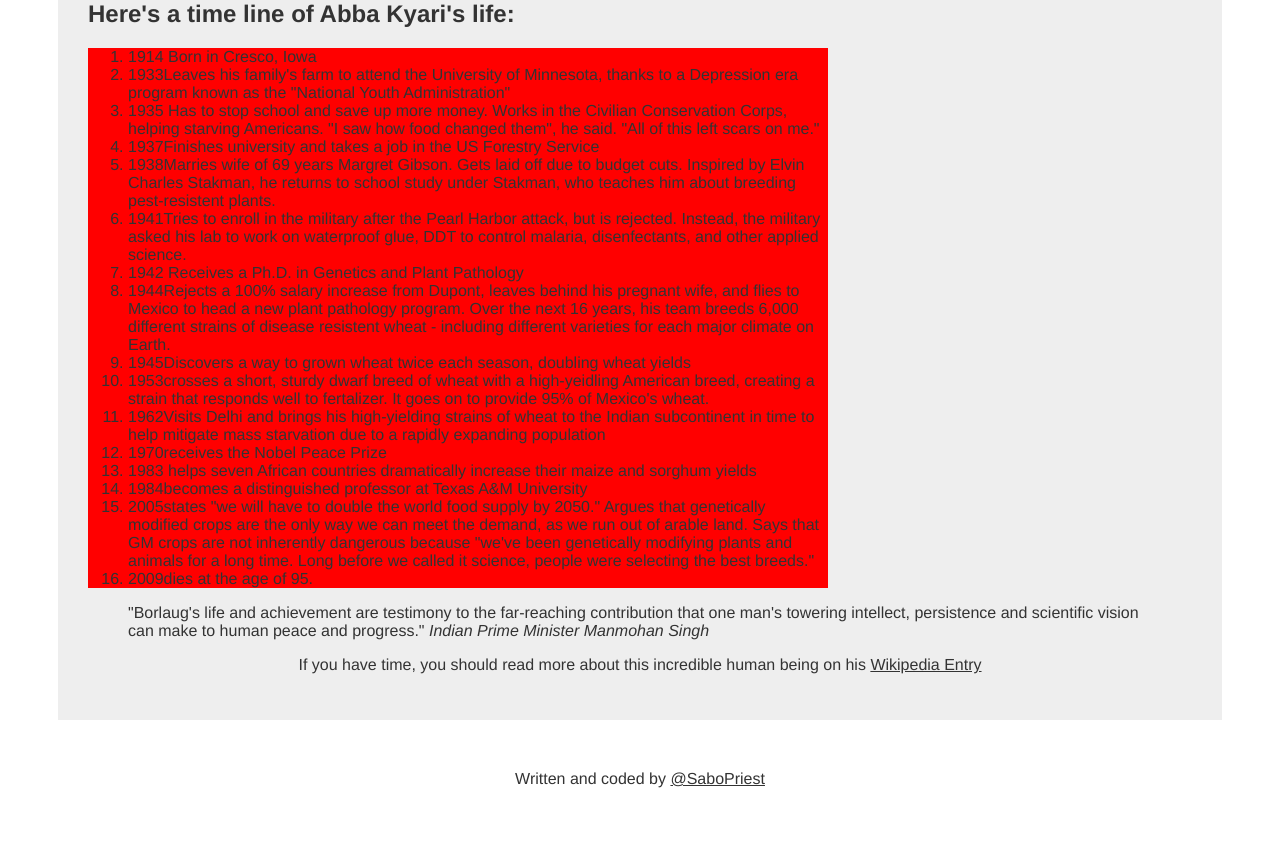
Repository: wisdomspine/bootcamp
Page: tribute.html
The author's editor kept a copy of each file at every save. The page is drawn from the files as they stood at one save, then again after the next save.
The browser window is 1280 px wide. The pictures show the part of the page from y = 1014 to 1856 px (the page is 1856 px tall).
A picture or video elsewhere on the page could not be fetched, so the positions and the page height are approximate.

Above is the page before, as saved 2020-08-31 11:55:03.

### tribute.html
<!DOCTYPE html>
<html lang="en">

<head>
    <meta charset="UTF-8">
    <meta name="viewport" content="width=device-width, initial-scale=1.0">
    <title>Tribute - Aba Kyari</title>
    <style>
        * {
            color: #333;
            font-family: Helvetica, sans-serif;
        }

        body {
            background-color: white;
            padding-bottom: 30px;
        }

        footer p {
            text-align: center;
        }

        body>div {
            margin: 50px;
            background-color: #eee;
            padding: 30px;
        }

        header {
            text-align: center;
        }

        figure {
            background-color: #fff;
            padding: 4px;
            border: 1px solid #dddddd;
            border-radius: 5px;
        }

        figure>img {
            width: 100%;
        }

        figure figcaption {
            text-align: center;
            padding: 10px;
        }

        ol {
            background-color: red;
            max-width: 700px;
        }
    </style>
</head>

<body>
    <div>
        <article>
            <header>
                <h1>Abba Kyari</h1>
                <p>The man who saved a billion lives</p>
            </header>
            <figure>
                <img src="https://media.gettyimages.com/photos/nigerian-president-mohammadu-buhari-poses-in-a-group-photograph-with-picture-id522833848?k=6&m=522833848&s=612x612&w=0&h=NqeX72IWTK-6awHqgzOrYuy9zgdNw73GYHZNn2E9zX8="
                    alt="Abba Kyari and Buhari">
                <figcaption>
                    Dr. Norman Borlaug, third from left, trains biologists in Mexico on how to increase wheat yields -
                    part of his life-long war on hunger.
                </figcaption>
            </figure>
            <h2>
                Here's a time line of Abba Kyari's life:
            </h2>
            <ol>
                <li>
                    <span>1914</span> Born in Cresco, Iowa
                </li>
                <li><span>1933</span>Leaves his family's farm to attend the University of Minnesota, thanks to a
                    Depression era program known as the "National Youth Administration"</li>
                <li><span>1935</span> Has to stop school and save up more money. Works in the Civilian Conservation
                    Corps, helping starving Americans. "I saw how food changed them", he said. "All of this left
                    scars on me."</li>
                <li><span>1937</span>Finishes university and takes a job in the US Forestry Service</li>
                <li><span>1938</span>Marries wife of 69 years Margret Gibson. Gets laid off due to budget cuts.
                    Inspired by Elvin Charles Stakman, he returns to school study under Stakman, who teaches him
                    about breeding pest-resistent plants.</li>
                <li><span>1941</span>Tries to enroll in the military after the Pearl Harbor attack, but is rejected.
                    Instead, the military asked his lab to work on waterproof glue, DDT to control malaria,
                    disenfectants, and other applied science.</li>
                <li><span>1942</span> Receives a Ph.D. in Genetics and Plant Pathology</li>
                <li><span>1944</span>Rejects a 100% salary increase from Dupont, leaves behind his pregnant wife,
                    and flies to Mexico to head a new plant pathology program. Over the next 16 years, his team
                    breeds 6,000 different strains of disease resistent wheat - including different varieties for
                    each major climate on Earth.</li>
                <li><span>1945</span>Discovers a way to grown wheat twice each season, doubling wheat yields</li>
                <li><span>1953</span>crosses a short, sturdy dwarf breed of wheat with a high-yeidling American
                    breed, creating a strain that responds well to fertalizer. It goes on to provide 95% of Mexico's
                    wheat.</li>
                <li><span>1962</span>Visits Delhi and brings his high-yielding strains of wheat to the Indian
                    subcontinent in time to help mitigate mass starvation due to a rapidly expanding population</li>
                <li><span>1970</span>receives the Nobel Peace Prize</li>
                <li><span>1983</span> helps seven African countries dramatically increase their maize and sorghum
                    yields</li>
                <li><span>1984</span>becomes a distinguished professor at Texas A&M University</li>
                <li><span>2005</span>states "we will have to double the world food supply by 2050." Argues that
                    genetically modified crops are the only way we can meet the demand, as we run out of arable
                    land. Says that GM crops are not inherently dangerous because "we've been genetically modifying
                    plants and animals for a long time. Long before we called it science, people were selecting the
                    best breeds."</li>
                <li><span>2009</span>dies at the age of 95.</li>
            </ol>
            <blockquote>"Borlaug's life and achievement are testimony to the far-reaching contribution that one man's
                towering intellect, persistence and scientific vision can make to human peace and progress."
                <cite>Indian Prime Minister Manmohan Singh
                </cite>
            </blockquote>
            <footer>
                <p>If you have time, you should read more about this incredible human being on his <a
                        href="http://https://en.wikipedia.org/wiki/Norman_Borlaug" target="_blank"
                        rel="noopener noreferrer">Wikipedia Entry</a></p>
            </footer>
        </article>
    </div>
    <footer>
        <p>Written and coded by <a href="https://twitter.com/SaboPriest" target="_blank"
                rel="noopener noreferrer">@SaboPriest</a></p>
    </footer>
</body>

</html>

After the next save:
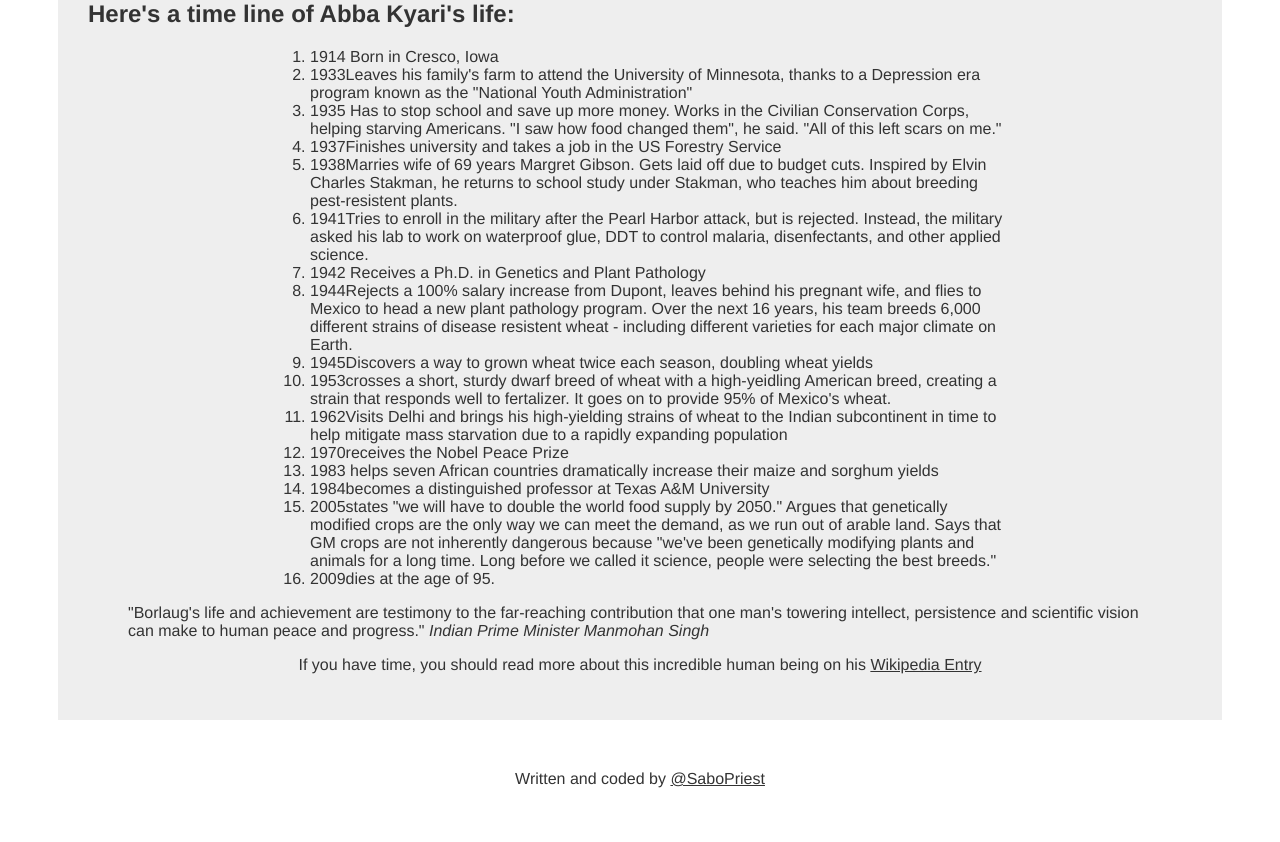
Saved 23 s later.
--- a/tribute.html
+++ b/tribute.html
@@ -47,8 +47,8 @@
         }
 
         ol {
-            background-color: red;
             max-width: 700px;
+            margin: auto;
         }
     </style>
 </head>
